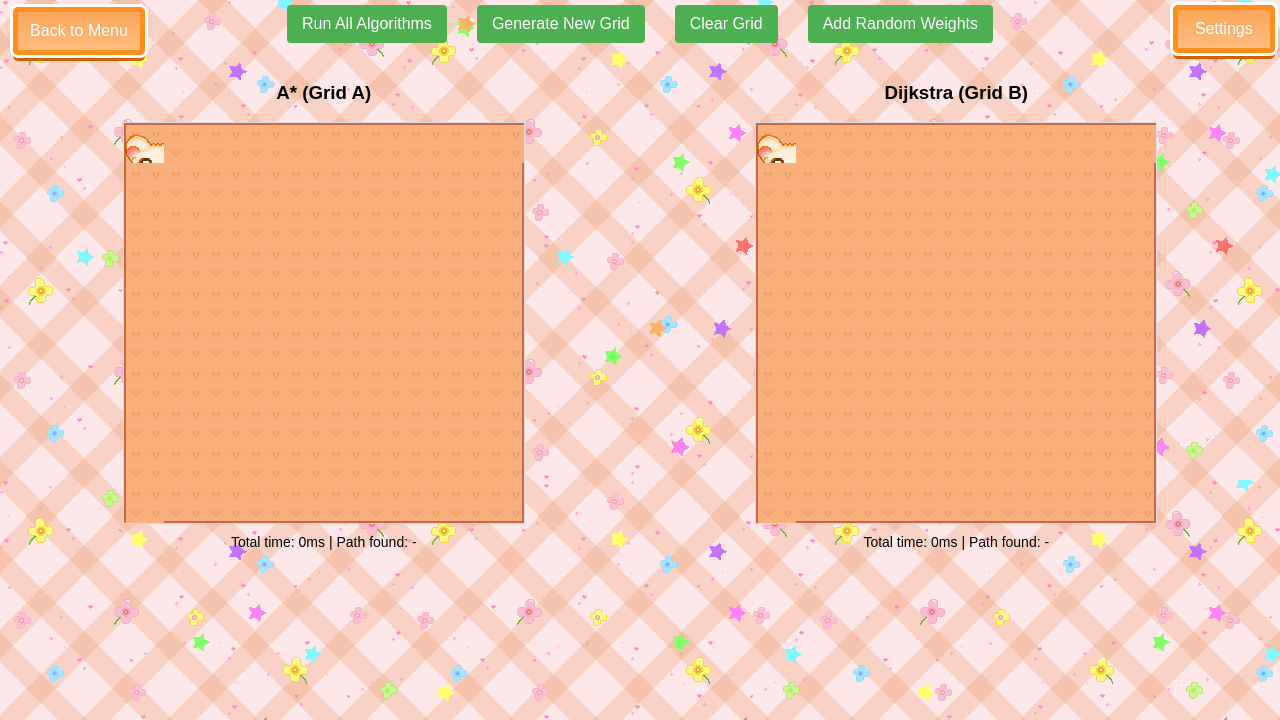
Repository: ramosfranz/Hamster-Crossing
Page: game.html
An editor plug-in stored every save of this project. The page is shown before and after the next save, followed by the edit.
The browser window is 1280 px wide. The pictures show the whole page.
Some web fonts or font styles are not loaded; a fallback is used.

Above is the page before, as saved 2025-05-06 10:16:16.

### game.html
<!DOCTYPE html>
<html lang="en">
<head>
    <meta charset="UTF-8">
    <meta name="viewport" content="width=device-width, initial-scale=1.0">
    <link rel="preconnect" href="https://fonts.googleapis.com">
    <link rel="preconnect" href="https://fonts.gstatic.com" crossorigin>
    <link href="https://fonts.googleapis.com/css2?family=Jersey+10+Charted&family=Jersey+20&family=Jersey+25+Charted&display=swap" rel="stylesheet">
    <title>Hamster Crossing</title>
    <link rel="icon" type="image/x-icon" href="assets/images/favicon.ico">
    <link rel="stylesheet" href="styles.css">
</head>
<body>
    <div class="header-buttons">
        <a class="pixelButton" id="backButton" href="menu.html">Back to Menu</a>
        <button class="pixelButton" id="settingsButton">Settings</button>
    </div>

    <!-- Settings Popup -->
    <div id="settingsPopup" class="popup">
        <div class="popup-content">
            <span class="close-popup">&times;</span>
            <h3>Settings</h3>

            <div class="setting-item">
                <label for="volumeSlider">Adjust Volume:</label>
                <input type="range" id="volumeSlider" min="0" max="100" value="50">
            </div>

            <div class="setting-item">
                <label for="hamsterDropdown">Change Hamster:</label>
                <select id="hamsterDropdown">
                    <option value="hamster1">Default Hamster</option>
                    <option value="hamster2">Speedy Hamster</option>
                    <option value="hamster3">Colorful Hamster</option>
                </select>
            </div>

            <div class="setting-item">
                <label>Number of Grids: <span class="grid-count-value">2</span></label>
                <div class="grid-count-container">
                    <input type="range" id="gridCount" min="1" max="5" value="2">
                </div>
            </div>

            <div id="gridSettings">
                <!-- Grid settings will be added here dynamically -->
            </div>

            <button id="applySettings">Apply Settings</button>
        </div>
    </div>
    <div id="controls">
        <button id="runButton">Run All Algorithms</button>
        <button id="generateButton">Generate New Grid</button>
        <button id="clearButton">Clear Grid</button>
        <button id="addWeightsButton">Add Random Weights</button>
    </div>

    <button id="stopButton">Stop and Clear Searching</button>

    <div id="grids-container">
        <!-- Grids will be added here dynamically -->
    </div>

    <!--<script src="pathfind.js" type="module"></script>
    <script src="settingsPopUp.js"  type="module"></script>
    <script src="algorithms.js"  type="module"></script> -->
    <script type="module" src="js/app.js"></script>
    <script type="module" src="js/game.js"></script>
</body>
</html>

### styles.css
html, body {
    font-family: "Jersey 20", sans-serif;
    margin: 0;
    padding: 0;
    height: 100%;
    scroll-behavior: smooth;
    background-image:url(assets/images/backgrounds/bg_try.gif), url(assets/images/backgrounds/bg_tryA.gif), url(assets/images/backgrounds/bg_hamu.png);
    background-size: auto, auto, 20%;
    background-repeat: auto, auto, space;
    image-rendering: pixelated;
}

.home {
    display: flex;
    flex-direction: column;
    justify-content: center;
    align-items: center;
    height: 100%;
    text-align: center;
}

#logo {
    width: 40%;
    max-height: 100%;
    margin-bottom: 0.5%;
    image-rendering: pixelated;
}

.pixelButton {
    padding: 10px 5%;
    margin-bottom: 3%;
    font-size: 1.5rem;
    color: #fff;
    border: 5px solid #ff8e1c;
    border-radius: 4px;
    background: linear-gradient(to bottom, #f9a65a, #ffbc80);
    box-shadow:
        0 0 0 3px #fff,
        0 6px #d36102;
    cursor: pointer;
    text-align: center;
    font-family: "Jersey 20", sans-serif;
    width: 100%;
    transition: transform 0.1s ease, box-shadow 0.1s ease;
    image-rendering: pixelated;
}

.pixelButton:hover {
    background: linear-gradient(to bottom, #ffa9b8, #ff605f);
    border-color: #ff1a14;
}

.pixelButton:active {
    transform: translateY(4px);
    box-shadow: 0 0 #000;
}


.menu {
    margin-bottom: 20px;
}
button {
    padding: 10px 20px;
    font-size: 16px;
    margin: 5px;
    cursor: pointer;
}

#controls {
    display: flex;
    justify-content: center;
    gap: 20px;
    flex-wrap: wrap;
}
#grids-container {
    display: flex;
    flex-wrap: wrap;
    justify-content: center;
    gap: 20px;
}
.canvas-container {
    display: flex;
    flex-direction: column;
    align-items: center;
    position: relative;
}
.timer {
    margin-top: 10px;
    font-size: 14px;
    text-align: center;
}
#warning {
    color: red;
    font-weight: bold;
    margin: 10px 0;
    text-align: center;
}
#stopButton {
    display: none;
    padding: 10px;
    background-color: red;
    color: white;
    border: none;
    cursor: pointer;
    border-radius: 5px;
    margin: 0 auto;
}
#backButton {
    width: 8%;
    position: fixed;
    left: 1%;
    top: 1%;
    padding: 10px;
    cursor: pointer;
    text-decoration: none;
    font-size: 16px;
    border-radius: 5px;
}

#settingsButton {
    position: fixed;
    width: 8%;
    right: -0%;
    padding: 10px;
    border-radius: 5px;
    cursor: pointer;
    font-size: 16px;
}

button {
    padding: 10px 15px;
    background-color: #4CAF50;
    color: white;
    border: none;
    border-radius: 4px;
    cursor: pointer;
    font-size: 16px;
}
button:hover {
    background-color: #45a049;
}
button:disabled {
    background-color: #cccccc;
    cursor: not-allowed;
}
.weight {
    position: absolute;
    font-size: 10px;
    font-weight: bold;
    color: black;
    pointer-events: none;
}

.header-buttons {
    display: flex;
    justify-content: space-between;
}


.popup {
    display: none;
    position: fixed;
    top: 0;
    left: 0;
    width: 100%;
    height: 100%;
    background-color: rgba(0,0,0,0.5);
    z-index: 1000;
}

.popup-content {
    background-color: white;
    margin: 10% auto;
    padding: 20px;
    width: 50%;
    max-width: 500px;
    border-radius: 8px;
    position: relative;
}

.close-popup {
    position: absolute;
    top: 10px;
    right: 20px;
    font-size: 24px;
    cursor: pointer;
}

.setting-item {
    margin: 15px 0;
}

.setting-item label {
    display: block;
    margin-bottom: 5px;
    font-weight: bold;
}

.setting-item input[type="range"],
.setting-item select,
.setting-item input[type="number"] {
    width: 100%;
    padding: 8px;
    border: 1px solid #ddd;
    border-radius: 4px;
}

#applySettings {
    margin-top: 20px;
    padding: 10px 15px;
    background-color: #4CAF50;
    color: white;
    border: none;
    border-radius: 4px;
    cursor: pointer;
    width: 100%;
}

#applySettings:hover {
    background-color: #45a049;
}

.grid-algorithm-select {
    margin-top: 10px;
}


.popup-content {
    width: 90%;
    max-width: 400px;
    margin: 5% auto;
    padding: 15px;
}

#gridCount {
    width: 100%;
    margin-top: 5px;
}

.grid-count-container {
    display: flex;
    align-items: center;
    gap: 10px;
}

.grid-count-value {
    font-weight: bold;
}

#grids-container {
    display: grid;
    grid-template-columns: repeat(auto-fit, minmax(200px, 1fr));
    gap: 15px;
    padding: 15px;
    width: 100%;
    box-sizing: border-box;
    justify-content: center;
}

/* Grid selection layout */
.grid-selection-row {
    display: flex;
    gap: 15px;
    margin-bottom: 15px;
}

.grid-selection-item {
    flex: 1;
    min-width: 120px;
}

.grid-selection-item.disabled {
    opacity: 0.6;
    pointer-events: none;
}

.grid-selection-item label {
    display: block;
    margin-bottom: 5px;
    color: #333;
}

.grid-selection-item select {
    width: 100%;
    padding: 6px;
    border: 1px solid #ddd;
    border-radius: 4px;
    background: white;
}

.grid-selection-item.disabled select {
    background: #f5f5f5;
}

.canvas-container {
    position: relative;
    width: 100%;
    max-width: 400px;
    margin: 0 auto;
}


.canvas-container canvas {
    width: 100%;
    height: auto;
    aspect-ratio: 1;
    border: 1px solid #ddd;
}

@media (max-width: 600px) {
    #grids-container {
        grid-template-columns: 1fr;
    }

    .popup-content {
        width: 90%;
        margin: 20px auto;
    }
}

@media (min-width: 601px) and (max-width: 1200px) {
    #grids-container {
        grid-template-columns: repeat(auto-fit, minmax(250px, 1fr));
    }
}

/* Modify existing grid count input */
#gridCount[type="range"] {
    -webkit-appearance: none;
    width: 100%;
    height: 8px;
    background: #ddd;
    border-radius: 4px;
}

#gridCount[type="range"]::-webkit-slider-thumb {
    -webkit-appearance: none;
    width: 20px;
    height: 20px;
    background: #4CAF50;
    border-radius: 50%;
    cursor: pointer;
}

### js/app.js
import { initializeGrid } from './gridManager.js';
import { setupEventListeners, renderGrids } from './domManager.js';
import { setupSettingsEventListeners } from './settings.js';

export function init() {
    setupSettingsEventListeners();
    initializeGrid();
    renderGrids();
    setupEventListeners();
}

document.addEventListener('DOMContentLoaded', init);

### js/game.js
import { initializeGrid } from './gridManager.js';
import { renderGrids, setupEventListeners} from './domManager.js';
import { drawGrid } from './visualizer.js';

document.addEventListener('DOMContentLoaded', () => {
    setupEventListeners();
    initializeGrid();
    renderGrids();
    drawGrid();

    window.addEventListener('resize', () => {
        drawGrid();
    });
});

### js/visualizer.js
import { rows, cols, getGrid, getGoal, getStart, start } from './gridManager.js';
import { sleep } from './utils.js';

export const canvases = {};
export const ctx = {};
const SPRITE_WIDTH = 40;
const SPRITE_HEIGHT = 40;

// Ground sprite sheet
const spriteSheet = new Image();
spriteSheet.src = 'assets/images/sprites/hamu_ground.png';

// Hamster sprite sheet
const hamsterSpriteSheet = new Image();
hamsterSpriteSheet.src = 'assets/images/sprites/hamu_sprite.png';

// Hamster animation frames
const SPRITE_MAP = {
    front: { transition: [0, 0], animation: [[0, 1], [0, 2]] },
    back: { transition: [0, 3], animation: [[0, 4], [0, 5]] },
    left: { transition: [1, 0], animation: [[1, 1], [1, 2]] },
    right: { transition: [1, 3], animation: [[1, 4], [1, 5]] }
};

export function registerCanvas(gridId, canvas) {
    canvases[gridId] = canvas;
    ctx[gridId] = canvas.getContext('2d');
}

export function drawGrid() {
    const grid = getGrid();
    const startPos = getStart();
    const goalPos = getGoal();

    // Draw on all registered canvases
    for (const algorithmId in ctx) {
        const currentCtx = ctx[algorithmId];
        const canvas = canvases[algorithmId];
        const cellSize = Math.min(canvas.width / cols, canvas.height / rows);

        if (!grid || !grid.length || !Object.keys(ctx).length) return;

        currentCtx.clearRect(0, 0, canvas.width, canvas.height);

        // Draw grid cells
        for (let y = 0; y < rows; y++) {
            for (let x = 0; x < cols; x++) {
                const cell = grid[y][x];
                let sx, sy;

                if (cell.wall) {
                    // Wall sprites (columns 3-5)
                    if (x === 0 && y === 0) {
                        sx = 3 * SPRITE_WIDTH;
                        sy = 0;
                    } else if (x === cols - 1 && y === rows - 1) {
                        sx = 5 * SPRITE_WIDTH;
                        sy = 2 * SPRITE_HEIGHT;
                    } else if (x === 0) {
                        sx = 3 * SPRITE_WIDTH;
                        sy = SPRITE_HEIGHT;
                    } else if (y === 0) {
                        sx = 4 * SPRITE_WIDTH;
                        sy = 0;
                    } else if (y === rows - 1) {
                        sx = 4 * SPRITE_WIDTH;
                        sy = 2 * SPRITE_HEIGHT;
                    } else if (x === cols - 1) {
                        sx = 5 * SPRITE_WIDTH;
                        sy = SPRITE_HEIGHT;
                    } else {
                        sx = 4 * SPRITE_WIDTH;
                        sy = SPRITE_HEIGHT;
                    }
                } else {
                    // Ground sprites (columns 0-2)
                    if (x === 0 && y === 0) {
                        sx = 0;
                        sy = 0;
                    } else if (x === cols - 1 && y === rows - 1) {
                        sx = 2 * SPRITE_WIDTH;
                        sy = 2 * SPRITE_HEIGHT;
                    } else if (x === 0){
                        sx = 0;
                        sy = SPRITE_HEIGHT;
                    } else if (y === 0){
                        sx = SPRITE_WIDTH;
                        sy = 0;
                    } else if (x === cols - 1) {
                        sx = 2 * SPRITE_WIDTH;
                        sy = SPRITE_HEIGHT;
                    } else if (y === rows - 1) {
                        sx = SPRITE_WIDTH;
                        sy = 2 * SPRITE_HEIGHT;
                    } else {
                        sx = SPRITE_WIDTH;
                        sy = SPRITE_HEIGHT;
                    }
                }

                currentCtx.drawImage(
                    spriteSheet,
                    sx, sy, SPRITE_WIDTH, SPRITE_HEIGHT,
                    x * cellSize, y * cellSize, cellSize, cellSize
                );

                // Draw weight text if needed
                if (!cell.wall && cell.weight > 1) {
                    currentCtx.fillStyle = "black";
                    currentCtx.font = "12px Arial";
                    currentCtx.textAlign = "center";
                    currentCtx.textBaseline = "middle";
                    currentCtx.fillText(
                        cell.weight.toString(),
                        x * cellSize + cellSize / 2,
                        y * cellSize + cellSize / 2
                    );
                }
            }
        }

        // Draw hamster at start position
        if (hamsterSpriteSheet.complete) {
            const scaleFactor = Math.min(cellSize / SPRITE_HEIGHT, cellSize / SPRITE_WIDTH);
            const scaledWidth = SPRITE_WIDTH * scaleFactor;
            const scaledHeight = SPRITE_HEIGHT * scaleFactor;

            currentCtx.drawImage(
                hamsterSpriteSheet,
                0, 0, SPRITE_WIDTH, SPRITE_HEIGHT, // Default front-facing frame
                startPos.x * cellSize + (cellSize - scaledWidth) / 2,
                startPos.y * cellSize + (cellSize - scaledHeight) / 2,
                scaledWidth,
                scaledHeight
            );
        }
    }
}

export async function drawPathWithHead(ctx, cameFrom, current, lineColor, headColor) {
    const path = [];
    const canvas = ctx.canvas;
    const cellSize = canvas.width / cols;

    // Reconstruct path
    while (cameFrom[`${current.x},${current.y}`]) {
        path.push(current);
        current = cameFrom[`${current.x},${current.y}`];
    }
    path.reverse();

    let frameIndex = 0;
    for (let i = 0; i < path.length; i++) {
        const cell = path[i];
        const direction = getMovementDirection(path, i, cell);
        const spriteFrame = getSpriteFrame(direction, i, frameIndex % 2);

        if (i > 0) {
            ctx.fillStyle = lineColor;
            const prevCell = path[i - 1];
            ctx.fillRect(prevCell.x * cellSize, prevCell.y * cellSize, cellSize, cellSize);
        }

        ctx.fillStyle = lineColor;
        ctx.fillRect(cell.x * cellSize, cell.y * cellSize, cellSize, cellSize);

        // Draw hamster
        if (hamsterSpriteSheet.complete) {
            const scaleFactor = Math.min(cellSize / SPRITE_HEIGHT, cellSize / SPRITE_WIDTH);
            const scaledWidth = SPRITE_WIDTH * scaleFactor;
            const scaledHeight = SPRITE_HEIGHT * scaleFactor;

            ctx.drawImage(
                hamsterSpriteSheet,
                spriteFrame[1] * SPRITE_WIDTH,
                spriteFrame[0] * SPRITE_HEIGHT,
                SPRITE_WIDTH,
                SPRITE_HEIGHT,
                cell.x * cellSize + (cellSize - scaledWidth) / 2,
                cell.y * cellSize + (cellSize - scaledHeight) / 2,
                scaledWidth,
                scaledHeight
            );
        }

        frameIndex++;
        await sleep(200);
    }
}

function getMovementDirection(path, index, cell) {
    if (index === 0) return "front";
    const prevCell = path[index - 1];
    if (cell.x > prevCell.x) return "right";
    if (cell.x < prevCell.x) return "left";
    if (cell.y > prevCell.y) return "front";
    return "back";
}

function getSpriteFrame(direction, index, frameIndex) {
    const spriteFrames = SPRITE_MAP[direction];
    return index === 0 ? spriteFrames.transition : spriteFrames.animation[frameIndex];
}

### js/stateManager.js
export const settings = {
    volume: 50,
    hamster: 'hamster1',
    gridCount: 2,
    gridAlgorithms: ['aStar', 'dijkstra']
};

export let searchInProgress = false;
export const timers = {};

export function setSearchInProgress(value) {
    searchInProgress = value;
}

export function resetTimers() {
    for (const key in timers) {
        timers[key].textContent = "Total time: 0ms | Path found: -";
    }
}

### js/utils.js
export const sleep = (ms) => new Promise(resolve => setTimeout(resolve, ms));

export const heuristic = (a, b) => Math.abs(a.x - b.x) + Math.abs(a.y - b.y);

export const getNeighbors = (grid, cols, rows) => ({ x, y }) => {
    const neighbors = [];
    if (x > 0 && !grid[y][x - 1].wall) neighbors.push(grid[y][x - 1]);
    if (x < cols - 1 && !grid[y][x + 1].wall) neighbors.push(grid[y][x + 1]);
    if (y > 0 && !grid[y - 1][x].wall) neighbors.push(grid[y - 1][x]);
    if (y < rows - 1 && !grid[y + 1][x].wall) neighbors.push(grid[y + 1][x]);
    return neighbors;
};

Loaded but not shown: js/domManager.js (252 lines, source omitted); js/settings.js (104 lines, source omitted); js/algorithms/bellmanFord.js (82 lines, source omitted); js/gridManager.js (92 lines, source omitted); js/algorithms/aStar.js (57 lines, source omitted); js/algorithms/dijkstra.js (54 lines, source omitted); js/algorithms/bfs.js (49 lines, source omitted); js/algorithms/dfs.js (49 lines, source omitted)

After the next save:
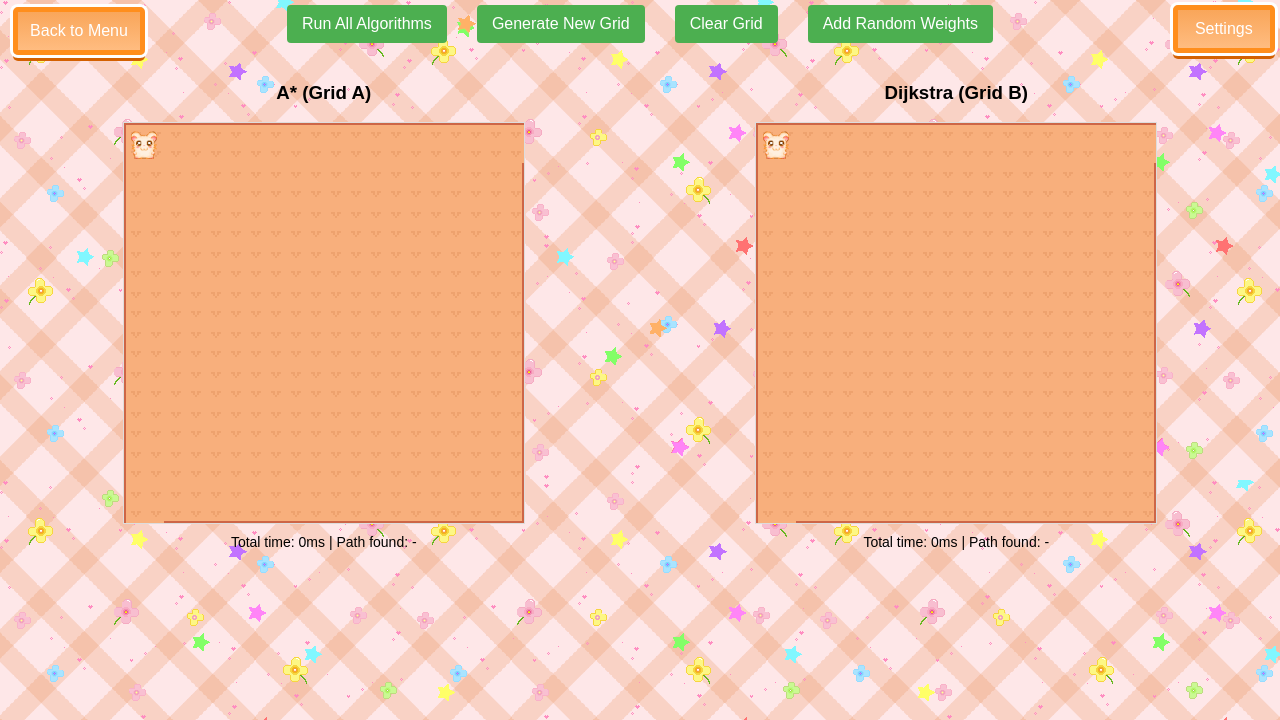
Saved 9 min 29 s later.
--- a/js/visualizer.js
+++ b/js/visualizer.js
@@ -3,8 +3,11 @@ import { sleep } from './utils.js';
 
 export const canvases = {};
 export const ctx = {};
-const SPRITE_WIDTH = 40;
-const SPRITE_HEIGHT = 40;
+const GROUND_SPRITE_WIDTH = 40;
+const GROUND_SPRITE_HEIGHT = 40;
+const HAMSTER_SPRITE_WIDTH = 69;
+const HAMSTER_SPRITE_HEIGHT = 82;
+const ANIMATION_FRAMES = 2;
 
 // Ground sprite sheet
 const spriteSheet = new Image();
@@ -51,26 +54,26 @@ export function drawGrid() {
                 if (cell.wall) {
                     // Wall sprites (columns 3-5)
                     if (x === 0 && y === 0) {
-                        sx = 3 * SPRITE_WIDTH;
+                        sx = 3 * GROUND_SPRITE_WIDTH;
                         sy = 0;
                     } else if (x === cols - 1 && y === rows - 1) {
-                        sx = 5 * SPRITE_WIDTH;
-                        sy = 2 * SPRITE_HEIGHT;
+                        sx = 5 * GROUND_SPRITE_WIDTH;
+                        sy = 2 * GROUND_SPRITE_HEIGHT;
                     } else if (x === 0) {
-                        sx = 3 * SPRITE_WIDTH;
-                        sy = SPRITE_HEIGHT;
+                        sx = 3 * GROUND_SPRITE_WIDTH;
+                        sy = GROUND_SPRITE_HEIGHT;
                     } else if (y === 0) {
-                        sx = 4 * SPRITE_WIDTH;
+                        sx = 4 * GROUND_SPRITE_WIDTH;
                         sy = 0;
                     } else if (y === rows - 1) {
-                        sx = 4 * SPRITE_WIDTH;
-                        sy = 2 * SPRITE_HEIGHT;
+                        sx = 4 * GROUND_SPRITE_WIDTH;
+                        sy = 2 * GROUND_SPRITE_HEIGHT;
                     } else if (x === cols - 1) {
-                        sx = 5 * SPRITE_WIDTH;
-                        sy = SPRITE_HEIGHT;
+                        sx = 5 * GROUND_SPRITE_WIDTH;
+                        sy = GROUND_SPRITE_HEIGHT;
                     } else {
-                        sx = 4 * SPRITE_WIDTH;
-                        sy = SPRITE_HEIGHT;
+                        sx = 4 * GROUND_SPRITE_WIDTH;
+                        sy = GROUND_SPRITE_HEIGHT;
                     }
                 } else {
                     // Ground sprites (columns 0-2)
@@ -78,29 +81,29 @@ export function drawGrid() {
                         sx = 0;
                         sy = 0;
                     } else if (x === cols - 1 && y === rows - 1) {
-                        sx = 2 * SPRITE_WIDTH;
-                        sy = 2 * SPRITE_HEIGHT;
+                        sx = 2 * GROUND_SPRITE_WIDTH;
+                        sy = 2 * GROUND_SPRITE_HEIGHT;
                     } else if (x === 0){
                         sx = 0;
-                        sy = SPRITE_HEIGHT;
+                        sy = GROUND_SPRITE_HEIGHT;
                     } else if (y === 0){
-                        sx = SPRITE_WIDTH;
+                        sx = GROUND_SPRITE_WIDTH;
                         sy = 0;
                     } else if (x === cols - 1) {
-                        sx = 2 * SPRITE_WIDTH;
-                        sy = SPRITE_HEIGHT;
+                        sx = 2 * GROUND_SPRITE_WIDTH;
+                        sy = GROUND_SPRITE_HEIGHT;
                     } else if (y === rows - 1) {
-                        sx = SPRITE_WIDTH;
-                        sy = 2 * SPRITE_HEIGHT;
+                        sx = GROUND_SPRITE_WIDTH;
+                        sy = 2 * GROUND_SPRITE_HEIGHT;
                     } else {
-                        sx = SPRITE_WIDTH;
-                        sy = SPRITE_HEIGHT;
+                        sx = GROUND_SPRITE_WIDTH;
+                        sy = GROUND_SPRITE_HEIGHT;
                     }
                 }
 
                 currentCtx.drawImage(
                     spriteSheet,
-                    sx, sy, SPRITE_WIDTH, SPRITE_HEIGHT,
+                    sx, sy, GROUND_SPRITE_WIDTH, GROUND_SPRITE_HEIGHT,
                     x * cellSize, y * cellSize, cellSize, cellSize
                 );
 
@@ -121,13 +124,13 @@ export function drawGrid() {
 
         // Draw hamster at start position
         if (hamsterSpriteSheet.complete) {
-            const scaleFactor = Math.min(cellSize / SPRITE_HEIGHT, cellSize / SPRITE_WIDTH);
-            const scaledWidth = SPRITE_WIDTH * scaleFactor;
-            const scaledHeight = SPRITE_HEIGHT * scaleFactor;
+            const scaleFactor = Math.min(cellSize / HAMSTER_SPRITE_HEIGHT, cellSize / HAMSTER_SPRITE_WIDTH) * 0.8;
+            const scaledWidth = HAMSTER_SPRITE_WIDTH * scaleFactor;
+            const scaledHeight = HAMSTER_SPRITE_HEIGHT * scaleFactor;
 
             currentCtx.drawImage(
                 hamsterSpriteSheet,
-                0, 0, SPRITE_WIDTH, SPRITE_HEIGHT, // Default front-facing frame
+                0, 0, HAMSTER_SPRITE_WIDTH, HAMSTER_SPRITE_HEIGHT, // Default front-facing frame
                 startPos.x * cellSize + (cellSize - scaledWidth) / 2,
                 startPos.y * cellSize + (cellSize - scaledHeight) / 2,
                 scaledWidth,
@@ -153,7 +156,7 @@ export async function drawPathWithHead(ctx, cameFrom, current, lineColor, headCo
     for (let i = 0; i < path.length; i++) {
         const cell = path[i];
         const direction = getMovementDirection(path, i, cell);
-        const spriteFrame = getSpriteFrame(direction, i, frameIndex % 2);
+        const spriteFrame = getSpriteFrame(direction, i, frameIndex % ANIMATION_FRAMES);
 
         if (i > 0) {
             ctx.fillStyle = lineColor;
@@ -166,16 +169,16 @@ export async function drawPathWithHead(ctx, cameFrom, current, lineColor, headCo
 
         // Draw hamster
         if (hamsterSpriteSheet.complete) {
-            const scaleFactor = Math.min(cellSize / SPRITE_HEIGHT, cellSize / SPRITE_WIDTH);
-            const scaledWidth = SPRITE_WIDTH * scaleFactor;
-            const scaledHeight = SPRITE_HEIGHT * scaleFactor;
+            const scaleFactor = Math.min(cellSize / HAMSTER_SPRITE_HEIGHT, cellSize / HAMSTER_SPRITE_WIDTH) * 0.8;
+            const scaledWidth = HAMSTER_SPRITE_WIDTH * scaleFactor;
+            const scaledHeight = HAMSTER_SPRITE_HEIGHT * scaleFactor;
 
             ctx.drawImage(
                 hamsterSpriteSheet,
-                spriteFrame[1] * SPRITE_WIDTH,
-                spriteFrame[0] * SPRITE_HEIGHT,
-                SPRITE_WIDTH,
-                SPRITE_HEIGHT,
+                spriteFrame[1] * HAMSTER_SPRITE_WIDTH,
+                spriteFrame[0] * HAMSTER_SPRITE_HEIGHT,
+                HAMSTER_SPRITE_WIDTH,
+                HAMSTER_SPRITE_HEIGHT,
                 cell.x * cellSize + (cellSize - scaledWidth) / 2,
                 cell.y * cellSize + (cellSize - scaledHeight) / 2,
                 scaledWidth,
